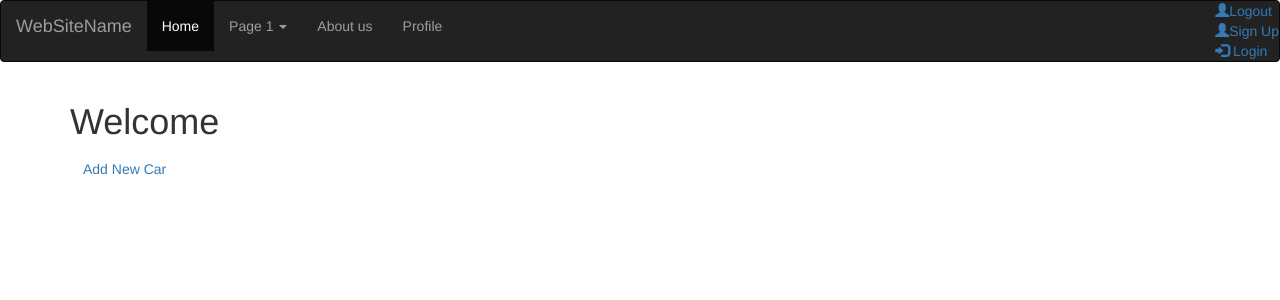
Repository: Ahmad-hamdan98/Java_Project
Page: http://localhost/javaproject/WIB-INF/ShowAll.jsp
The author's editor kept a copy of each file at every save. The page is drawn from the files as they stood at one save, then again after the next save.
The browser window is 1280 px wide. The pictures show the whole page.
The page is served by Tomcat 9. Other server files are loaded and not shown.

Above is the page before, as saved 2022-11-19 15:56:36.

### atfirst/javaproject/src/main/webapp/WIB-INF/ShowAll.jsp


  <%@ page language="java" contentType="text/html; charset=UTF-8" pageEncoding="UTF-8"%>
<!-- c:out ; c:forEach etc. -->
<%--  <%@taglib uri="http://java.sun.com/jsp/jstl/core" prefix="c"%>
 --%><!-- Formatting (dates) -->
<%@taglib uri="http://java.sun.com/jsp/jstl/fmt" prefix="fmt"%>
<!-- form:form -->
<%@ taglib prefix="form" uri="http://www.springframework.org/tags/form"%>
<!-- for rendering errors on PUT routes -->
<%@ page isErrorPage="true" %>

   <!DOCTYPE html>
<html lang="en">
<head>
  <title>Bootstrap Case</title>
  <meta charset="utf-8">
  <meta name="viewport" content="width=device-width, initial-scale=1">
  <link rel="stylesheet" href="https://maxcdn.bootstrapcdn.com/bootstrap/3.3.6/css/bootstrap.min.css">

</head>
<body>

<nav class="navbar navbar-inverse">
  <div class="container-fluid">
    <div class="navbar-header">
      <a class="navbar-brand" href="#">WebSiteName</a>
    </div>
    <ul class="nav navbar-nav">
      <li class="active"><a href="#">Home</a></li>
      <li class="dropdown"><a class="dropdown-toggle" data-toggle="dropdown" href="#">Page 1 <span class="caret"></span></a>
        <ul class="dropdown-menu">
          <li><a href="#">Page 1-1</a></li>
          <li><a href="#">Page 1-2</a></li>
          <li><a href="#">Page 1-3</a></li>
        </ul>
      </li>

      <li><a href="#">About us</a></li>
      <li><a href="#">Profile</a></li>
    </ul>
    <ul class="nav navbar-nav navbar-right">
    <c:choose>
    	<c:when test="${user.id!=Null}">
    	<li><a href="/logout"><span class="glyphicon glyphicon-user"></span>Logout</a></li>
    	</c:when>
    	 <c:otherwise>
      <li><a href="/login"><span class="glyphicon glyphicon-user"></span>Sign Up</a></li>
      <li><a href="/login"><span class="glyphicon glyphicon-log-in"></span> Login</a></li>
      </c:otherwise>
    	</c:choose>
    </ul>
  </div>
</nav>

<div class="container">
  <h1>Welcome ${user.userName}</h1>

  <a href="/addcar" class="btn btn-secondary">Add New Car</a>




</div>
<script src="https://ajax.googleapis.com/ajax/libs/jquery/1.12.0/jquery.min.js"></script>
<script src="https://maxcdn.bootstrapcdn.com/bootstrap/3.3.6/js/bootstrap.min.js"></script>



</body>
</html>

After the next save:
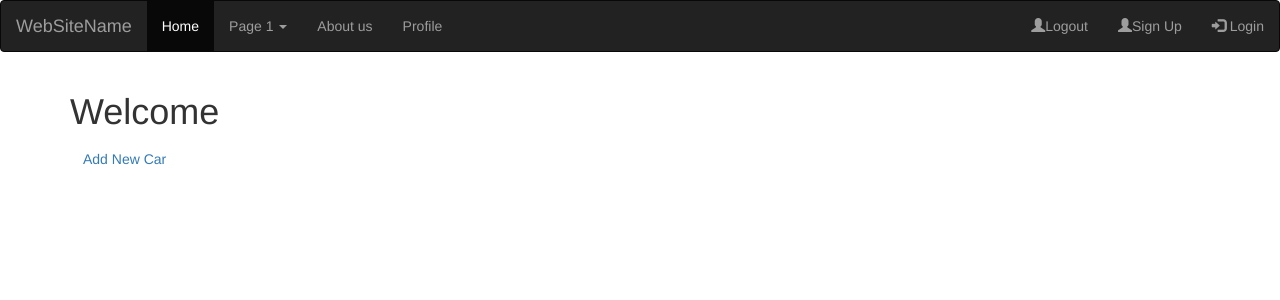
Saved 113 s later.
--- a/atfirst/javaproject/src/main/webapp/WIB-INF/ShowAll.jsp
+++ b/atfirst/javaproject/src/main/webapp/WIB-INF/ShowAll.jsp
@@ -40,15 +40,15 @@
       <li><a href="#">Profile</a></li>
     </ul>
     <ul class="nav navbar-nav navbar-right">
-    <c:choose>
-    	<c:when test="${user.id!=Null}">
+   <%--  <c:choose>
+    	<c:when test="${user.id!=Null}">  --%>
     	<li><a href="/logout"><span class="glyphicon glyphicon-user"></span>Logout</a></li>
-    	</c:when>
-    	 <c:otherwise>
+    	<!-- </c:when>
+    	 <c:otherwise> -->
       <li><a href="/login"><span class="glyphicon glyphicon-user"></span>Sign Up</a></li>
       <li><a href="/login"><span class="glyphicon glyphicon-log-in"></span> Login</a></li>
-      </c:otherwise>
-    	</c:choose>
+    <!--   </c:otherwise>
+    	</c:choose>  -->
     </ul>
   </div>
 </nav>
